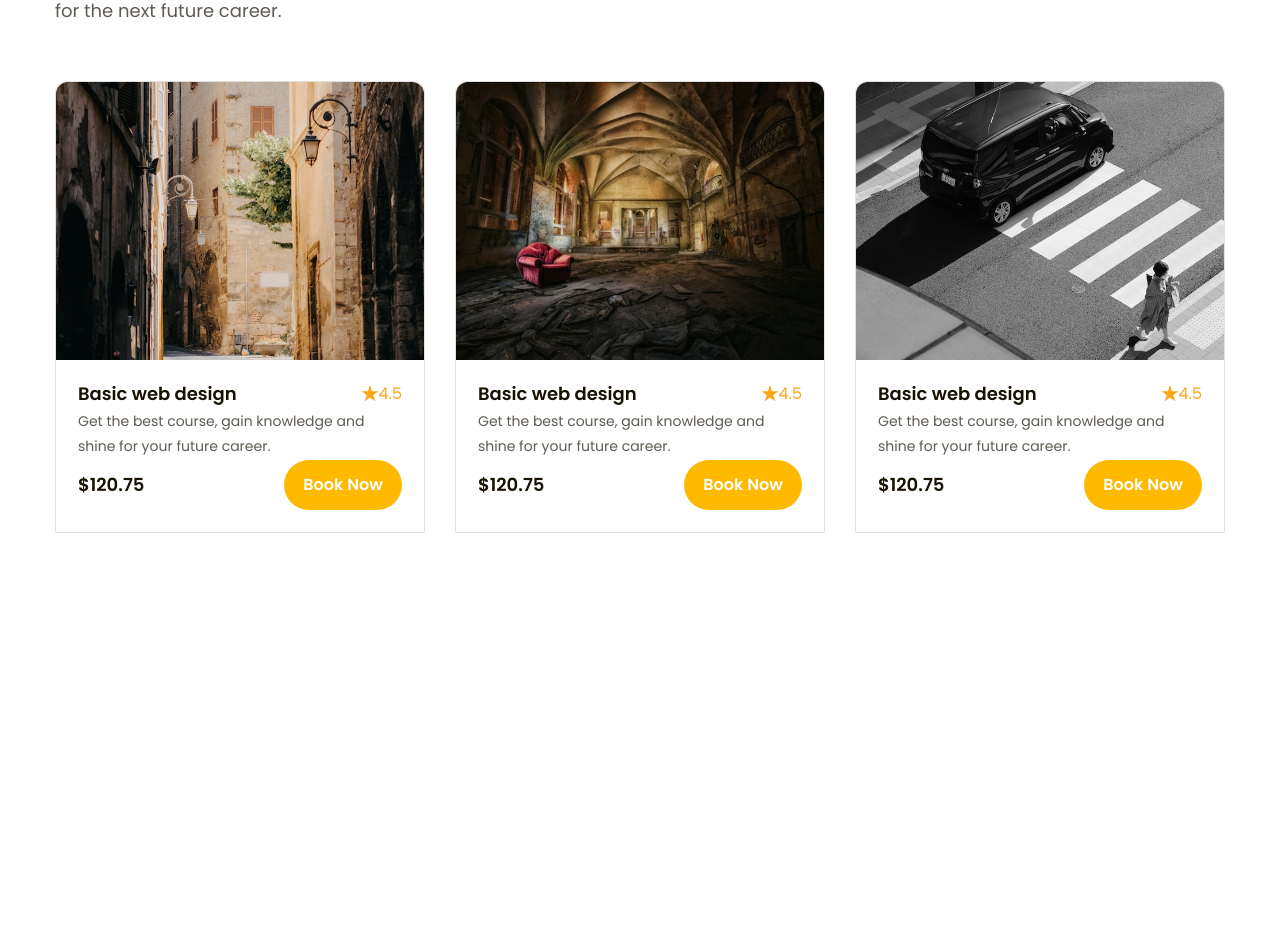
Repository: empty24062002/f8-htmlcss-02-pratice
Page: index.html
The author's editor kept a copy of each file at every save. The page is drawn from the files as they stood at one save, then again after the next save.
The browser window is 1280 px wide. The pictures show the part of the page from y = 1170 to 2122 px (the page is 5187 px tall).
A picture or video elsewhere on the page could not be fetched, so the positions and the page height are approximate.

Above is the page before, as saved 2023-07-19 08:25:13.

### index.html
<!DOCTYPE html>
<html lang="en">
    <head>
        <meta charset="UTF-8" />
        <meta name="viewport" content="width=device-width, initial-scale=1.0" />
        <title>F8 Project 02 Practice</title>
        <!-- Reset CSS -->
        <link rel="stylesheet" href="./assets/css/reset.css" />
        <!-- Embed font -->
        <link rel="preconnect" href="https://fonts.googleapis.com" />
        <link rel="preconnect" href="https://fonts.gstatic.com" crossorigin />
        <link
            href="https://fonts.googleapis.com/css2?family=Poppins:wght@400;500;600;700&family=Sen:wght@700&display=swap"
            rel="stylesheet"
        />
        <link rel="stylesheet" href="./assets/css/styles.css" />
    </head>
    <body>
        <!-- Header -->
        <header class="header fixed">
            <div class="main-content">
                <div class="body">
                    <img
                        src="./assets/img/logo.svg"
                        alt="lesson."
                        class="logo"
                    />
                    <!-- nav -->
                    <nav class="nav">
                        <ul>
                            <li class="active">
                                <a href="#!">Home</a>
                            </li>
                            <li>
                                <a href="#!">Courses</a>
                            </li>
                            <li>
                                <a href="#!">Pricing</a>
                            </li>
                            <li>
                                <a href="#!">Reviews</a>
                            </li>
                        </ul>
                    </nav>
                    <!-- Action -->
                    <div class="action">
                        <a href="#!" class="btn sign-up-btn">Sign Up</a>
                    </div>
                </div>
            </div>
        </header>
        <main style="height: 5000px">
            <!-- hero -->
            <div class="hero">
                <div class="main-content">
                    <div class="hero-body">
                        <!-- Hero left -->
                        <div class="media-block">
                            <img
                                src="./assets/img/hero-media.jpg"
                                alt="Learn without limits and spread knowledge."
                                class="img"
                            />
                            <div class="hero-summary">
                                <!-- Item 1 -->
                                <div class="item">
                                    <div class="icon">
                                        <img
                                            src="./assets/icons/icon1.svg"
                                            alt=""
                                        />
                                    </div>
                                    <div class="info">
                                        <p class="lable">20 Courses</p>
                                        <p class="title">UI/UX Design</p>
                                    </div>
                                </div>
                                <!-- Item 2 -->
                                <div class="item">
                                    <div class="icon">
                                        <img
                                            src="./assets/icons/icon2.svg"
                                            alt=""
                                        />
                                    </div>
                                    <div class="info">
                                        <p class="lable">20 Courses</p>
                                        <p class="title">Development</p>
                                    </div>
                                </div>
                                <!-- Item 3 -->
                                <div class="item">
                                    <div class="icon">
                                        <img
                                            src="./assets/icons/icon 3.svg"
                                            alt=""
                                        />
                                    </div>
                                    <div class="info">
                                        <p class="lable">30 Courses</p>
                                        <p class="title">Marketing</p>
                                    </div>
                                </div>
                            </div>
                        </div>
                        <!-- Hero right -->
                        <div class="content-block">
                            <h1 class="heading lv1">
                                Learn without limits and spread knowledge.
                            </h1>
                            <p class="desc">
                                Build new skills for that “this is my year”
                                feeling with courses, certificates, and degrees
                                from world-class universities and companies.
                            </p>
                            <div class="cta-group">
                                <a href="" class="btn cta-btn">See Courses</a>
                                <button class="watch-video">
                                    <div class="icon">
                                        <img
                                            src="./assets/icons/watch-video.svg"
                                            alt=""
                                        />
                                    </div>
                                    <span>Watch video</span>
                                </button>
                            </div>
                            <p class="desc">Recent engagement</p>
                            <p class="desc stats">
                                <strong>50K</strong> Students
                                <strong>70+</strong> Courses
                            </p>
                        </div>
                    </div>
                </div>
            </div>
            <!-- Popular -->
            <div class="popular">
                <div class="main-content">
                    <div class="popular-top">
                        <div class="info">
                            <h2 class="heading lv2">Our popular courses</h2>
                            <p class="desc">
                                Build new skills with new trendy courses and
                                shine for the next future career.
                            </p>
                        </div>
                        <div class="controls">
                            <button class="control-btn">
                                <svg
                                    width="8"
                                    height="14"
                                    viewBox="0 0 8 14"
                                    fill="none"
                                    xmlns="http://www.w3.org/2000/svg"
                                >
                                    <path
                                        d="M7 1L1 7L7 13"
                                        stroke="currentColor"
                                        stroke-linecap="round"
                                        stroke-linejoin="round"
                                    />
                                </svg>
                            </button>
                            <button class="control-btn">
                                <svg
                                    width="8"
                                    height="14"
                                    viewBox="0 0 8 14"
                                    fill="none"
                                    xmlns="http://www.w3.org/2000/svg"
                                >
                                    <path
                                        d="M1 1L7 7L1 13"
                                        stroke="currentColor"
                                        stroke-linecap="round"
                                        stroke-linejoin="round"
                                    />
                                </svg>
                            </button>
                        </div>
                    </div>
                    <div class="course-list">
                        <!-- Course item 1 -->
                        <div class="course-item">
                            <a href="#!">
                                <img
                                    src="./assets/img/popular-1.jpg"
                                    alt=""
                                    class="thumb"
                                />
                            </a>
                            <div class="info">
                                <div class="head">
                                    <h3 class="title">
                                        <a href="">Basic web design</a>
                                    </h3>
                                    <div class="rating">
                                        <img
                                            src="./assets/icons/star.svg"
                                            alt=""
                                            class="star"
                                        />
                                        <span class="value">4.5</span>
                                    </div>
                                </div>
                                <p class="desc">
                                    Get the best course, gain knowledge and
                                    shine for your future career.
                                </p>
                                <div class="foot">
                                    <span class="price"> $120.75 </span>
                                    <a href="#!" class="btn">Book Now</a>
                                </div>
                            </div>
                        </div>
                        <!-- Course item 2 -->
                        <div class="course-item">
                            <a href="#!">
                                <img
                                    src="./assets/img/popular-2.jpg"
                                    alt=""
                                    class="thumb"
                                />
                            </a>
                            <div class="info">
                                <div class="head">
                                    <h3 class="title">
                                        <a href="">Basic web design</a>
                                    </h3>
                                    <div class="rating">
                                        <img
                                            src="./assets/icons/star.svg"
                                            alt=""
                                            class="star"
                                        />
                                        <span class="value">4.5</span>
                                    </div>
                                </div>
                                <p class="desc">
                                    Get the best course, gain knowledge and
                                    shine for your future career.
                                </p>
                                <div class="foot">
                                    <span class="price"> $120.75 </span>
                                    <a href="#!" class="btn">Book Now</a>
                                </div>
                            </div>
                        </div>
                        <!-- Course Item 3 -->
                        <div class="course-item">
                            <a href="#!">
                                <img
                                    src="./assets/img/popular-3.jpg"
                                    alt=""
                                    class="thumb"
                                />
                            </a>
                            <div class="info">
                                <div class="head">
                                    <h3 class="title">
                                        <a href="">Basic web design</a>
                                    </h3>
                                    <div class="rating">
                                        <img
                                            src="./assets/icons/star.svg"
                                            alt=""
                                            class="star"
                                        />
                                        <span class="value">4.5</span>
                                    </div>
                                </div>
                                <p class="desc">
                                    Get the best course, gain knowledge and
                                    shine for your future career.
                                </p>
                                <div class="foot">
                                    <span class="price"> $120.75 </span>
                                    <a href="#!" class="btn">Book Now</a>
                                </div>
                            </div>
                        </div>
                    </div>
                </div>
            </div>
        </main>
    </body>
</html>

### assets/css/styles.css
* {
    box-sizing: border-box;
}

:root {
    --font-heading: Sen, sans-serif;
    --primary-color: #ffb900;
    --secondary-color: #171100;
}

html {
    font-size: 62.5%;
}

body {
    font-size: 1.6rem;
    font-family: "Poppins", sans-serif;
}

/* Common */
a {
    text-decoration: none;
}

.main-content {
    width: 1170px;
    max-width: calc(100% - 48px);
    margin-left: auto;
    margin-right: auto;
}

.btn {
    display: inline-block;
    width: 118px;
    line-height: 50px;
    font-size: 1.6rem;
    font-weight: 600;
    text-align: center;
    color: #ffffff;
    background: var(--secondary-color);
    border-radius: 999px;
}

.btn:hover {
    opacity: 0.9;
    cursor: pointer;
}

.heading {
    color: var(--secondary-color);
    font-family: var(--font-heading);
    font-size: 5.8rem;
    letter-spacing: -0.02em;
}

.heading.lv1 {
    font-weight: 700;
    line-height: 1.17;
}
.heading.lv2 {
    font-size: 3.8rem;
    line-height: 1.26;
}

/* Header */
.header {
    padding: 56px 0 65px;
    background: #fffcf4;
}

.header.fixed {
    position: sticky;
    margin-top: -28px;
}

.header .body {
    display: flex;
    align-items: center;
    padding: 36px 0 8px;
}

.nav {
    margin-left: auto;
}

.nav ul {
    display: flex;
}

.nav a {
    position: relative;
    padding: 8px 21px;
    font-size: 1.6rem;
    font-weight: 400;
    color: var(--secondary-color);
}

.nav a:hover,
.nav li.active a {
    text-shadow: 1px 0 0 currentColor;
    color: var(--secondary-color);
}

.nav li.active a::after {
    position: absolute;
    left: 21px;
    bottom: 6px;
    content: "";
    display: block;
    width: 12px;
    height: 2px;
    border-radius: 1px;
    background-color: var(--secondary-color);
}

.header .sign-up-btn {
    min-width: 144px;
    border-radius: 25px;
}

.header .action {
    margin-left: 49px;
}

/* Hero */
.hero {
    background: #fffcf4;
    padding-top: 64px 0 65px;
}

.hero .hero-body {
    display: flex;
}

/* hero left */
.hero .media-block {
    width: 48%;
    position: relative;
}

.hero .media-block .img {
    width: 470px;
    height: 685px;
    object-fit: cover;
    border-radius: 20px;
    vertical-align: bottom;
}

.hero-summary {
    position: absolute;
    padding: 24px 28px;
    bottom: 48px;
    right: 0;
    width: 270px;
    border-radius: 12px;
    background-color: #ffffff;
    box-shadow: 0px 16px 32px 0px #0000000d;
}

.hero-summary .item {
    display: flex;
    align-items: center;
}

.hero-summary .item + .item {
    margin-top: 22px;
}

.hero-summary .icon {
    display: flex;
    align-items: center;
    justify-content: center;
    width: 48px;
    height: 48px;
    background-color: #fff9e8;
    border-radius: 50%;
}

.hero-summary .item:nth-of-type(2) .icon {
    background: #fcefff;
}
.hero-summary .item:nth-of-type(3) .icon {
    background: #ebeaff;
}

.hero-summary .info {
    margin-left: 16px;
}

.hero-summary .lable {
    color: #5f5b53;
    font-size: 1.4rem;
    font-weight: 400;
    line-height: 1.85;
}

.hero-summary .title {
    color: var(--secondary-color);
    font-size: 1.8rem;
    font-weight: 600;
    line-height: 1.66;
}
/* Hero right */
.hero .content-block {
    width: 52%;
    padding: 64px 0 0 130px;
}

.hero .desc {
    margin-top: 22px;
    color: #5f5b53;
    font-size: 1.8rem;
    font-weight: 400;
    line-height: 1.66;
}

.hero .cta-group {
    display: flex;
    align-items: center;
    margin: 38px 0 48px;
}

.hero .cta-btn {
    min-width: 180px;
    line-height: 64px;
    background-color: var(--primary-color);
}

.hero .watch-video {
    display: flex;
    justify-content: center;
    align-items: center;
    margin-left: 28px;
    border: none;
    background-color: transparent;
}

.hero .watch-video .icon {
    display: flex;
    align-items: center;
    justify-content: center;
    width: 40px;
    height: 40px;
    border-radius: 50%;
    background-color: #ffffff;
    box-shadow: 0px 8px 16px 0px #00000012;
}

.hero .watch-video span {
    margin-left: 14px;
    color: var(--secondary-color);
    font-size: 1.8rem;
    font-weight: 600;
    line-height: 1.66;
}

.hero .stats {
    margin: 8px 0 0 -28px;
}

.hero .stats strong {
    padding: 0 8px 0 28px;
    color: var(--secondary-color);
    font-family: var(--font-heading);
    font-size: 4.4rem;
    font-weight: 700;
    line-height: 1.22;
}
/* Popular */
.popular {
    padding: 65px 0;
    margin-top: 135px;
}

.popular-top {
    display: flex;
    justify-content: space-between;
    align-items: center;
}

.popular-top .desc {
    width: 458px;
    margin-top: 16px;
    color: #5f5b53;
    font-size: 1.8rem;
    font-weight: 400;
    line-height: 1.66;
}

.popular-top .controls {
    display: flex;
    gap: 18px;
}

.popular-top .control-btn {
    display: flex;
    justify-content: center;
    align-items: center;
    width: 40px;
    height: 40px;
    color: var(--primary-color);
    border: 1px solid var(--primary-color);
    border-radius: 50%;
    background-color: transparent;
    cursor: pointer;
}

.popular-top .control-btn:hover {
    color: #fff9e8;
    background-color: var(--primary-color);
}

.popular .course-list {
    display: flex;
    gap: 30px;
    margin-top: 55px;
}

.popular .course-item {
    flex: 1;
    width: 370px;
    background-color: #ffffff;
    border: 1px solid #e2dfda;
    border-radius: 12px 12px 0px 0px;
}

.popular .course-item:hover {
    border-color: transparent;
    box-shadow: 0px 18px 36px 0px #0000000d;
}

.popular .course-item .thumb {
    width: 100%;
    height: 278px;
    object-fit: cover;
    border-radius: 12px 12px 0px 0px;
}
.popular .course-item .info {
    padding: 16px 22px 22px;
}

.popular .course-item .head,
.popular .course-item .rating,
.popular .course-item .foot {
    display: flex;
    align-items: center;
    justify-content: space-between;
}

.popular .course-item .title a {
    color: var(--secondary-color);
    font-size: 1.8rem;
    font-weight: 600;
    line-height: 1.66;
}

.popular .course-item .rating span {
    color: #fea31b;
    font-size: 1.6rem;
    font-weight: 400;
}

.popular .course-item .desc {
    color: #5f5b53;
    font-size: 1.4rem;
    font-weight: 400;
    line-height: 1.85; /* 185.714% */
}

.popular .course-item .foot span {
    color: #171100;
    font-size: 1.8rem;
    font-weight: 600;
    line-height: 1.66;
}

.popular .course-item .foot a {
    background-color: var(--primary-color);
}

Loaded but not shown: assets/css/reset.css (common file)

After the next save:
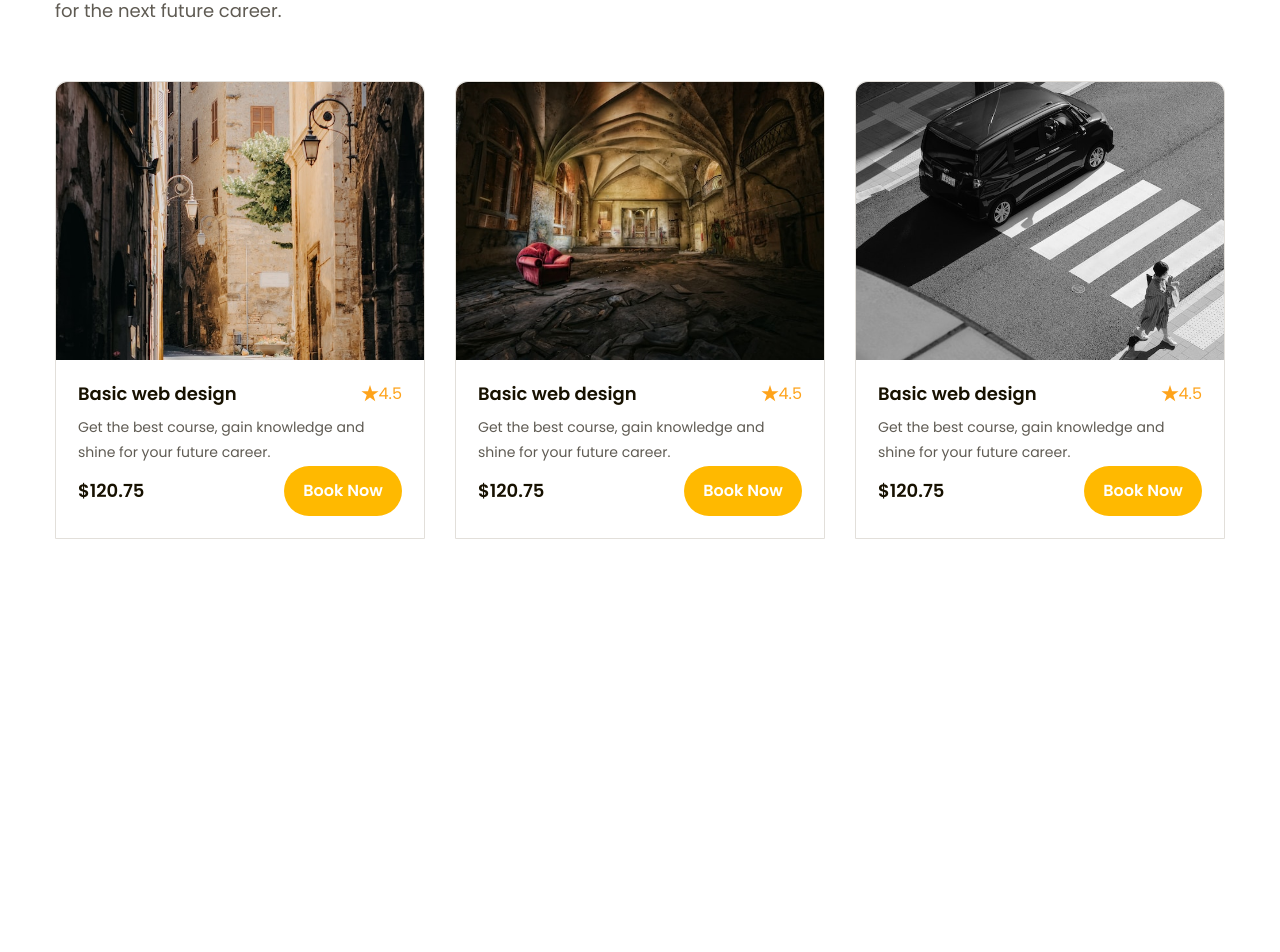
Saved 4 min 52 s later.
--- a/assets/css/styles.css
+++ b/assets/css/styles.css
@@ -361,6 +361,7 @@
 }
 
 .popular .course-item .desc {
+    margin-top: 6px;
     color: #5f5b53;
     font-size: 1.4rem;
     font-weight: 400;
